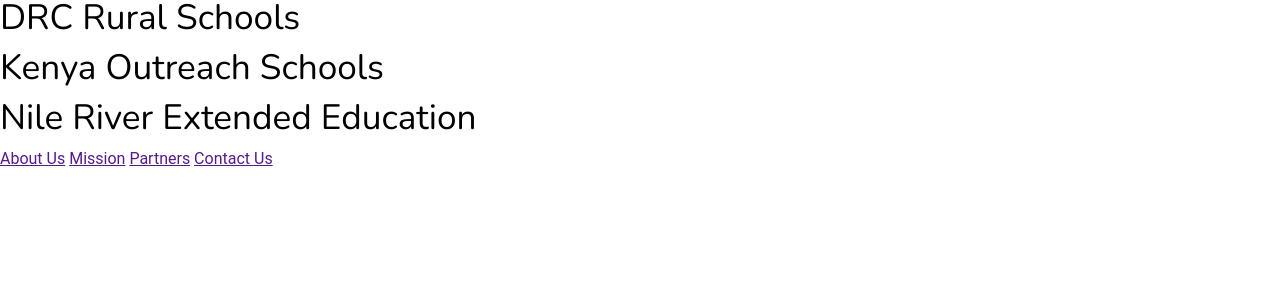
Repository: internationalrural-school-report/maketing-page
Page: marketing.html
These files come from the project's save history. The page is drawn as it stood at one moment and after the next save; the edit follows.
The browser window is 1280 px wide. The pictures show the whole page.

Above is the page before, as saved 2019-08-22 18:56:31.

After the next save:
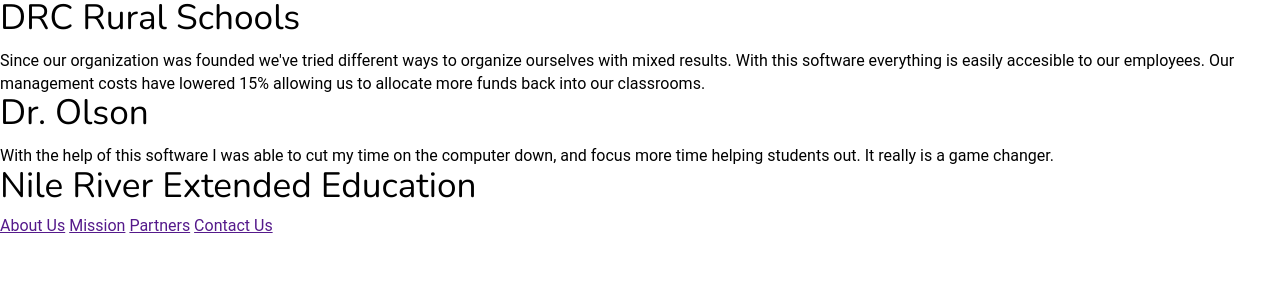
Saved 6 min 59 s later.
--- a/marketing.html
+++ b/marketing.html
@@ -37,11 +37,16 @@
 <section class="testimonials">
   <div class="first-testimonial">
     <h2>DRC Rural Schools</h2>
-    <p></p>
+    <p>Since our organization was founded we've tried different ways to organize ourselves with mixed results. With this software
+      everything is easily accesible to our employees. Our management costs have lowered 15% allowing us to allocate more funds back into
+      our classrooms.
+    </p>
   </div>
   <div class="second-testimonial">
-    <h2>Kenya Outreach Schools</h2>
-    <p></p>
+    <h2>Dr. Olson</h2>
+    <p>With the help of this software I was able to cut my time on the computer down, and focus more time helping students out. It
+      really is a game changer.
+    </p>
   </div>
   <div class="third-testimonial">
     <h2>Nile River Extended Education</h2>
